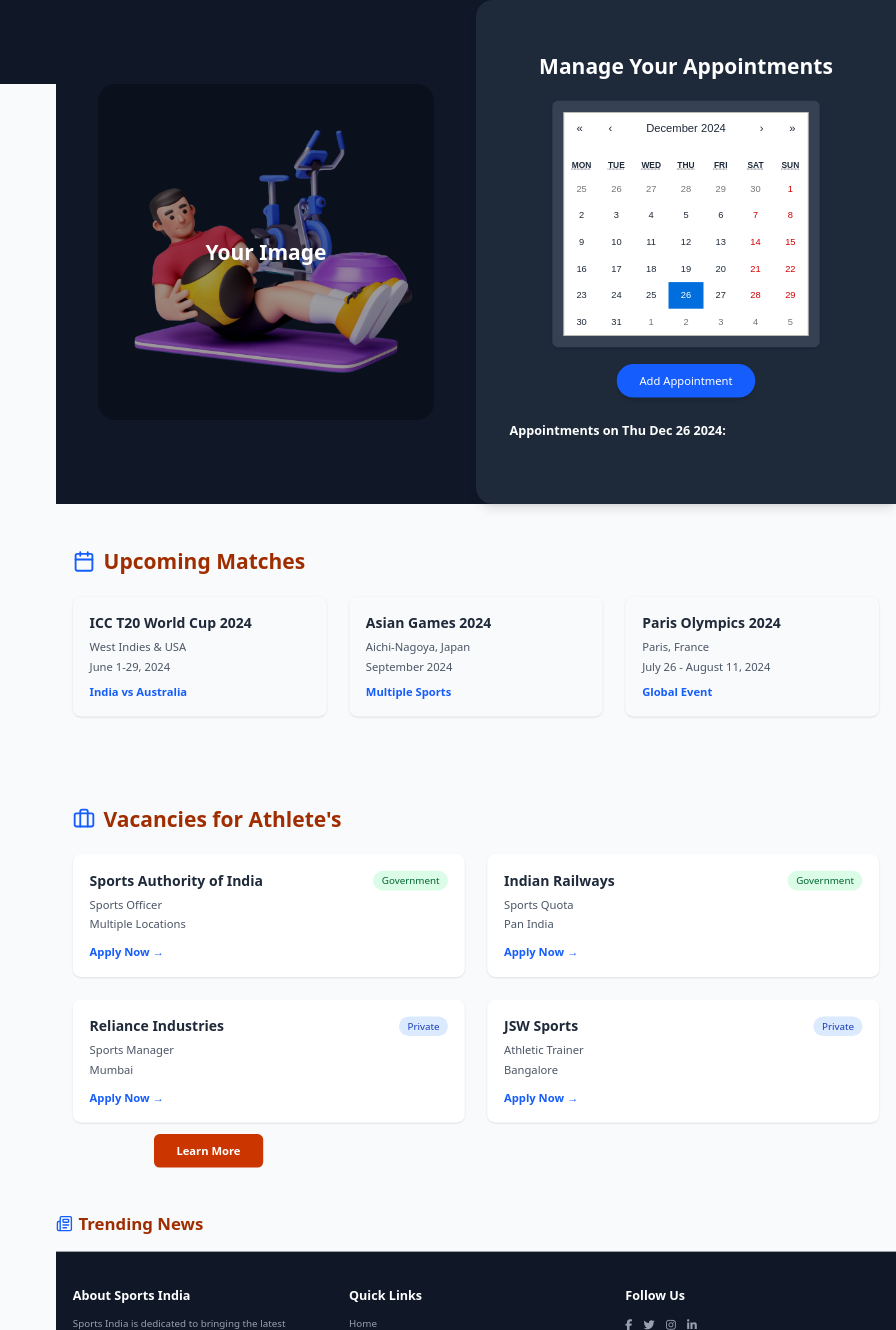
Repository: Shovon0004/Athlete
Page: / (app in Athlete/)
An editor plug-in stored every save of this project. The page is shown before and after the next save, followed by the edit.
The browser window is 1280 px wide. The pictures show the part of the page from y = 600 to 2500 px (the page is 2684 px tall), at 70% of full size.
The page's requests for data from a server got no answer. The project was rebuilt for these pictures with package versions that can differ from the ones it lists, and the page was loaded fresh each time. No one was signed in, and anything a server would have sent is missing. Also part of the build but not shown: Athlete/vite.config.js.

Above is the page before, as saved 2025-01-26 22:59:45.

After the next save:
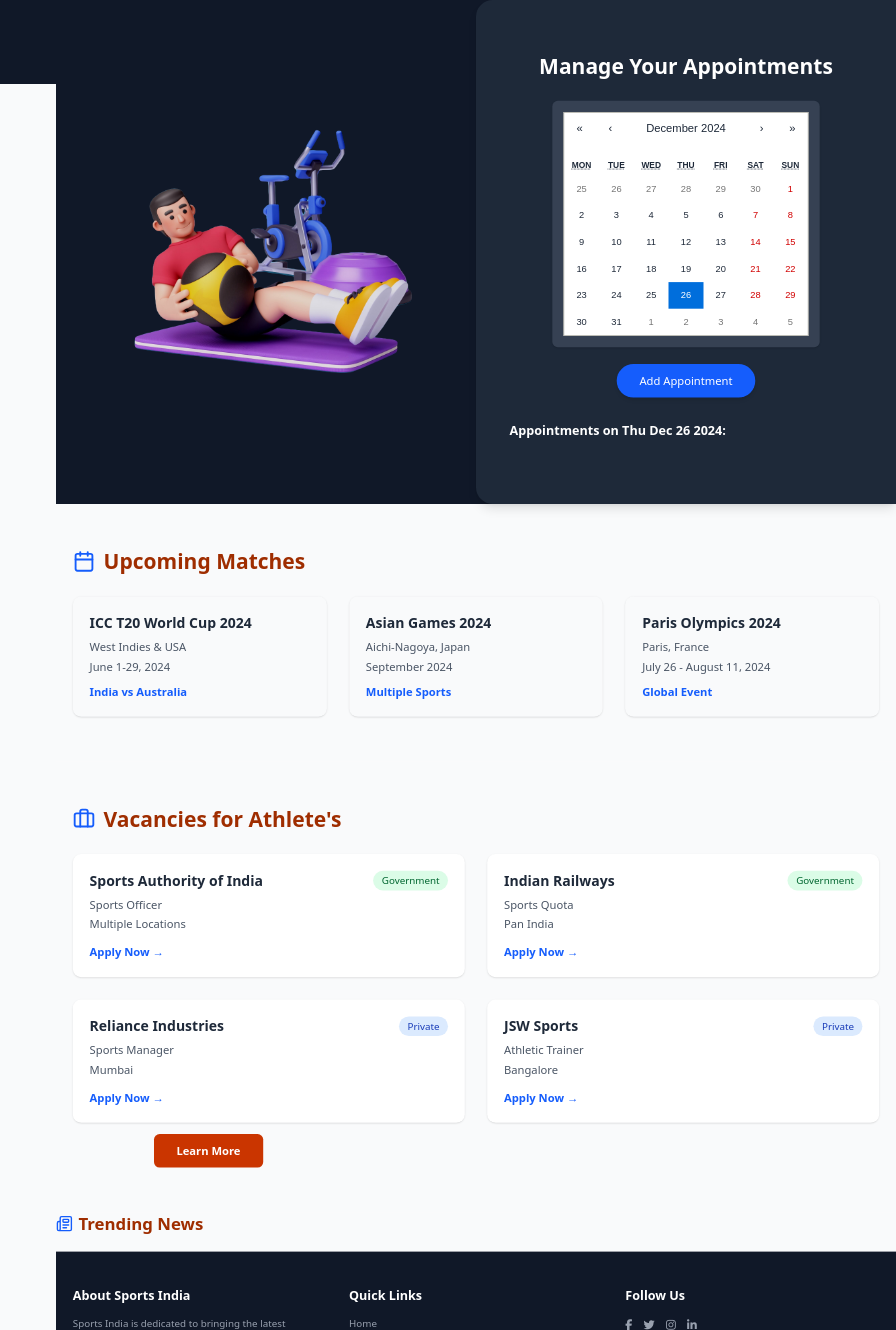
Saved 5 s later.
--- a/Athlete/src/components/AppointmentPage.jsx
+++ b/Athlete/src/components/AppointmentPage.jsx
@@ -60,9 +60,7 @@
             alt="Placeholder"
             className="rounded-3xl "
           />
-          <div className="absolute top-0 left-0 w-full h-full bg-black/30 rounded-3xl flex items-center justify-center text-white text-3xl font-bold">
-            Your Image
-          </div>
+
         </div>
       </div>
 
